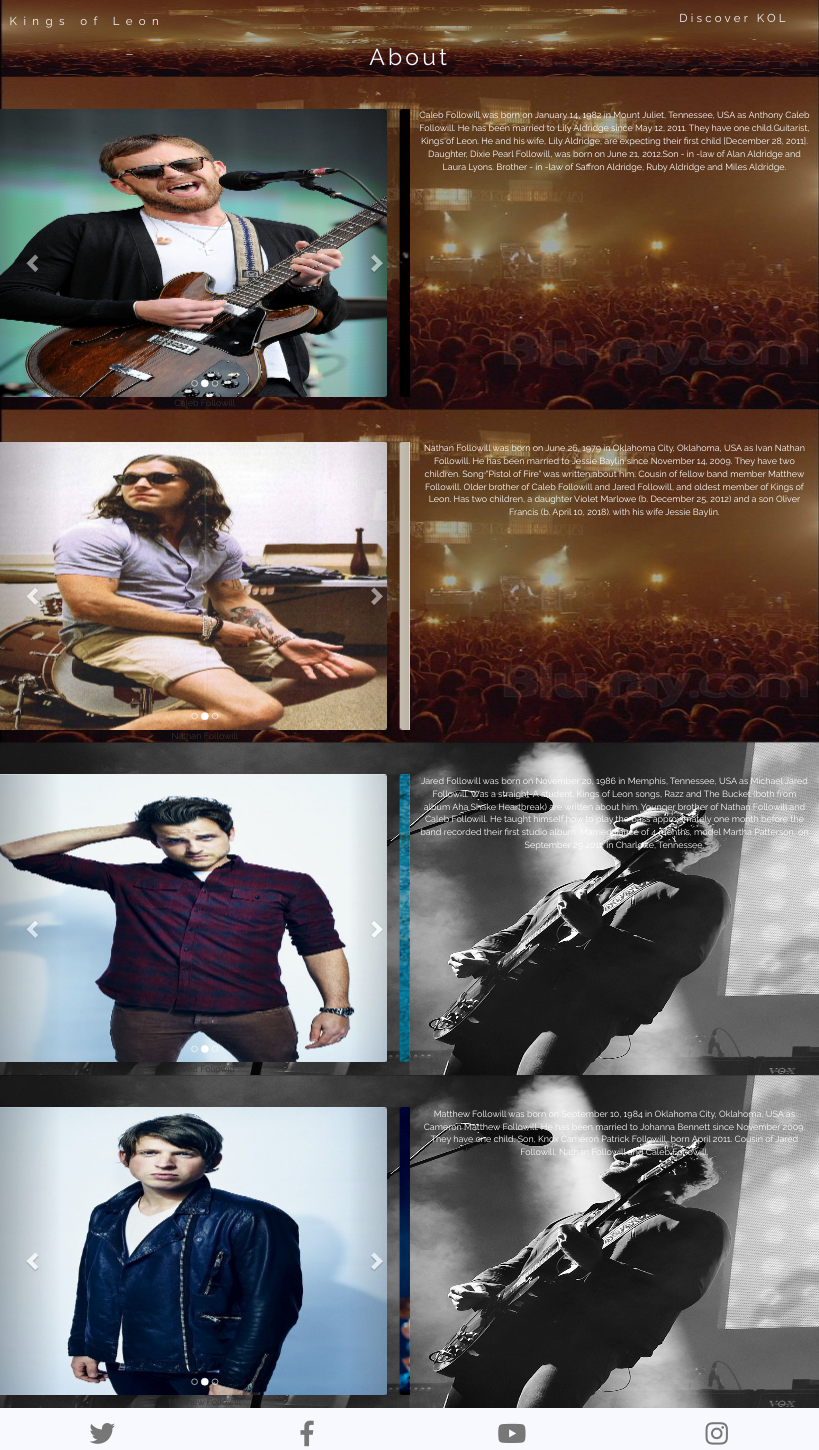
Repository: crocodile008/milestone-project-1
Page: discover.html
The author's editor kept a record of every edit. The page is drawn from the files as they stood at one moment, then again after the next edit.
The browser window is 1280 px wide. The pictures show the whole page, at 64% of full size.
Backgrounds fixed to the window are drawn as part of the page. Some web libraries are served in a nearby version.

Above is the page before.

After the next edit:
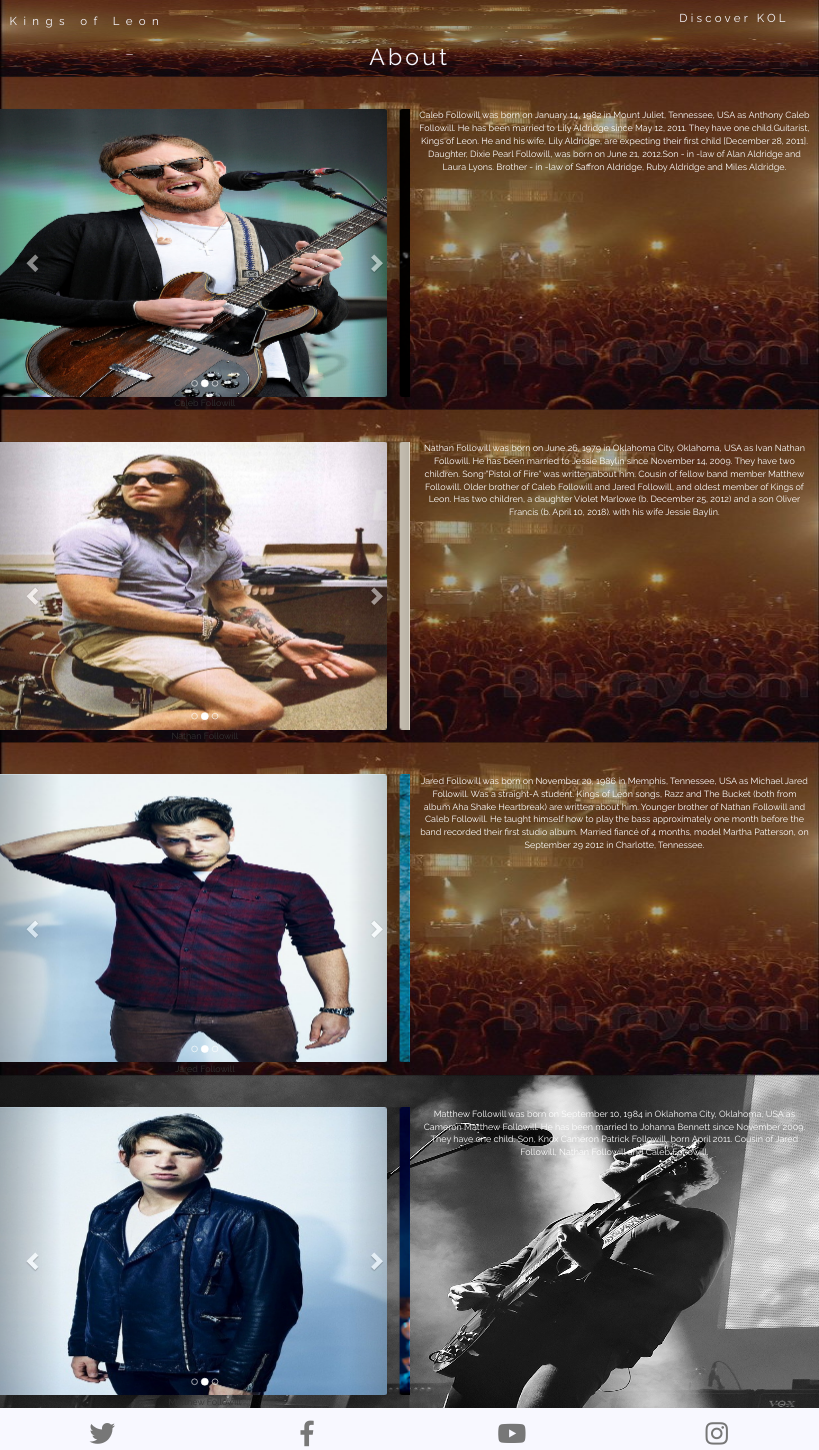
The edit:
--- a/discover.html
+++ b/discover.html
@@ -159,7 +159,7 @@
         </div>
       </div>
       <div class="container-fluid remove-margin-padding">
-        <div class="row remove-margin-padding video-container-3">
+        <div class="row remove-margin-padding discover-container-3">
           <div class="col-xs-12 col-sm-6 remove-margin-padding">
             <div id="carousel-jared" class="carousel slide" data-ride="carousel">
               <!-- Indicators -->
